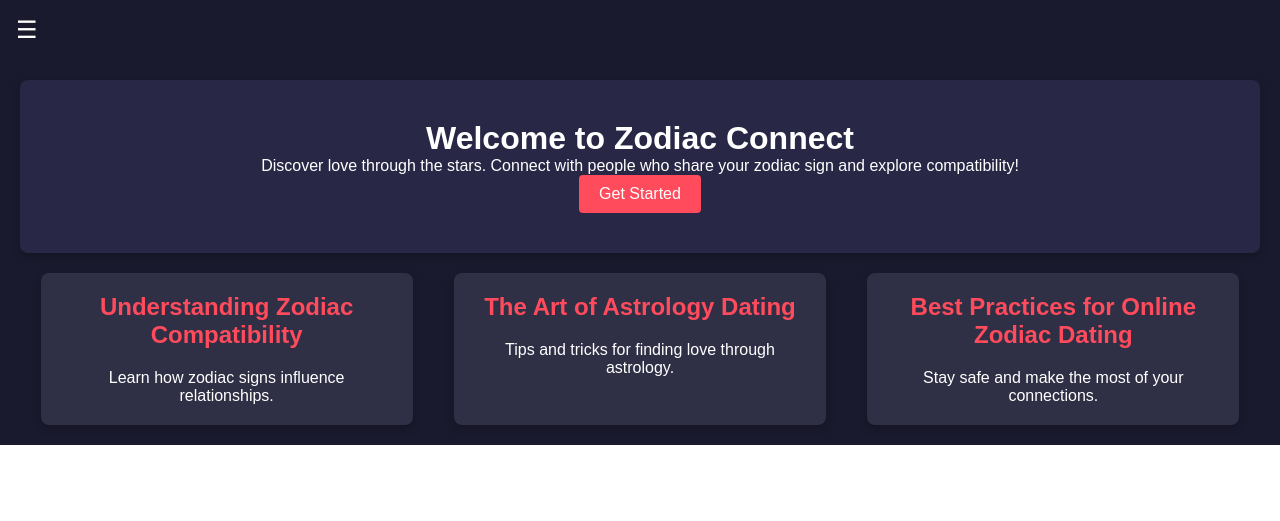
Repository: prachi-d-2/zodiac
Page: / (app in client/)
The author's editor kept a copy of each file at every save. The page is drawn from the files as they stood at one save, then again after the next save.
The browser window is 1280 px wide. The pictures show the whole page.
The project was rebuilt for these pictures with package versions that can differ from the ones it lists, and the page was loaded fresh each time. Also part of the build but not shown: client/src/services/authService.js, client/src/components/LoginRegister.css, client/src/components/LoginRegister.js, client/src/components/Forum.js, client/src/components/Profile.css, client/src/components/Profile.js, client/src/components/Horoscope.js, client/src/components/Connect.css and 2 more.

Above is the page before, as saved 2024-11-28 04:09:48.

### client/src/index.js
import React from 'react';
import App from './App'; // your main React component
import './index.css';
import './theme.css'; // Importing the global theme styles
import ReactDOM from 'react-dom/client';

const root = ReactDOM.createRoot(document.getElementById('root'));
root.render(<App />);

### client/src/App.js
import React, { useState } from 'react';
import { BrowserRouter as Router, Route, Routes } from 'react-router-dom';
import Navbar from './components/Navbar';
import Home from './components/Home';
import LoginRegister from './components/LoginRegister';
import Forum from './components/Forum';
import Profile from './components/Profile';
import Horoscope from './components/Horoscope';
import Connections from './components/Connect';
import ArticlePage from './components/ArticlePage';

function App() {
  const [isLoggedIn, setIsLoggedIn] = useState(false);

  return (
    <Router>
      <Navbar isLoggedIn={isLoggedIn} />
      <div className="App">
        <Routes>
          <Route path="/" element={<Home />} />
          <Route path="/loginregister" element={<LoginRegister setIsLoggedIn={setIsLoggedIn} />} />
          <Route path="/forum" element={<Forum />} />
          <Route path="/profile" element={<Profile />} />
          <Route path="/horoscope" element={<Horoscope />} />
          {isLoggedIn && <Route path="/connect" element={<Connections />} />}
          <Route path="/article" element={<ArticlePage />} />
        </Routes>
      </div>
    </Router>
  );
}

export default App;

### client/src/theme.css
:root {
    --primary-color: #1a1a2e;
    --secondary-color: #16213e;
    --accent-color: #0f3460;
    --text-color: #e94560;
    --background-color: #ffffff;
  }

  body {
    margin: 0;
    font-family: Arial, sans-serif;
    background-color: var(--background-color);
    color: var(--text-color);
  }

  .navbar {
    background-color: var(--primary-color);
    padding: 1rem;
  }

  .navbar a {
    color: var(--text-color);
    text-decoration: none;
    margin: 0 1rem;
  }

  .navbar a:hover {
    color: var(--accent-color);
  }

  .profile-container {
    padding: 2rem;
  }

  .profile-header {
    font-size: 2rem;
    color: var(--primary-color);
  }

  .profile-section {
    margin-top: 1rem;
  }

  .profile-section label {
    font-weight: bold;
    color: var(--secondary-color);
  }

  .profile-section input, .profile-section textarea {
    display: block;
    margin-top: 0.5rem;
    padding: 0.5rem;
    width: 100%;
    max-width: 400px;
    border: 1px solid var(--secondary-color);
    border-radius: 4px;
  }

  .edit-profile-button {
    margin-top: 1rem;
    padding: 0.5rem 1rem;
    background-color: var(--accent-color);
    color: var(--background-color);
    border: none;
    border-radius: 4px;
    cursor: pointer;
  }

  .edit-profile-button:hover {
    background-color: var(--text-color);
  }

### client/src/components/Navbar.js

import React, { useState } from 'react';
import { Link, useNavigate } from 'react-router-dom';
import './Navbar.css';

function Navbar({ isLoggedIn, setIsLoggedIn }) {
  const [isOpen, setIsOpen] = useState(false);
  const navigate = useNavigate();

  const toggleMenu = () => setIsOpen(!isOpen);

  const handleLogout = () => {
    localStorage.removeItem('token'); // Clear the token
    setIsLoggedIn(false);
    navigate('/'); // Redirect to homepage or login page
  };

  return (
    <nav className="navbar">
      <button onClick={toggleMenu} className="menu-button">
        ☰
      </button>
      <ul className={`nav-links ${isOpen ? 'show' : ''}`}>
        <li><Link to="/">Home</Link></li>
        <li><Link to="/loginregister">Login/Register</Link></li>
        <li><Link to="/forum">Forum</Link></li>
        <li><Link to="/horoscope">Today's Horoscope</Link></li>
        {isLoggedIn && (
          <>
            <li><Link to="/profile">Profile</Link></li>
            <li><Link to="/connect">Connect</Link></li>
            <li><span onClick={handleLogout} className="logout-link">Log out</span></li>
            <li><span className="logged-in-indicator">Logged in</span></li>
          </>
        )}
      </ul>
    </nav>
  );
}

export default Navbar;

### client/src/components/Home.js
import React from 'react';
import './Home.css';

function Home() {
  return (
    <div className="home-container">
      <div className="welcome-banner">
        <h1>Welcome to Zodiac Connect</h1>
        <p>Discover love through the stars. Connect with people who share your zodiac sign and explore compatibility!</p>
        <button className="get-started-button">Get Started</button>
      </div>
      <div className="content-section">
        <div className="content-card">
          <h2>Understanding Zodiac Compatibility</h2>
          <p>Learn how zodiac signs influence relationships.</p>
        </div>
        <div className="content-card">
          <h2>The Art of Astrology Dating</h2>
          <p>Tips and tricks for finding love through astrology.</p>
        </div>
        <div className="content-card">
          <h2>Best Practices for Online Zodiac Dating</h2>
          <p>Stay safe and make the most of your connections.</p>
        </div>
      </div>
    </div>
  );
}

export default Home;

### client/src/components/Navbar.css
.navbar {
    background-color: #1a1a2e;
    color: #ffffff;
    padding: 10px;
  }

  .menu-button {
    background: none;
    border: none;
    color: #ffffff;
    font-size: 24px;
  }

  .nav-links {
    display: none;
    list-style-type: none;
    padding: 0;
  }

  .nav-links.show {
    display: block;
  }

  .nav-links li {
    margin: 10px 0;
  }

  .nav-links a {
    color: #ffffff;
    text-decoration: none;
  }

  /* client/src/components/Navbar.css */
.logged-in-indicator {
  color: #4caf50; /* Green color for 'Logged in' */
  margin-left: 10px;
}

.logout-link {
  color: red;
  cursor: pointer;
  margin-left: 10px;
}

### client/src/components/Home.css
.home-container {
    background-color: #1a1a2e;
    color: #ffffff;
    text-align: center;
    padding: 20px;
    font-family: Arial, sans-serif;
  }

  .welcome-banner {
    background-color: #282846;
    padding: 40px;
    border-radius: 8px;
    margin-bottom: 20px;
    box-shadow: 0px 4px 8px rgba(0, 0, 0, 0.2);
  }

  .get-started-button {
    background-color: #ff4b5c;
    color: #ffffff;
    border: none;
    padding: 10px 20px;
    font-size: 16px;
    border-radius: 4px;
    cursor: pointer;
  }

  .get-started-button:hover {
    background-color: #ff6b7a;
  }

  .content-section {
    display: flex;
    justify-content: space-around;
    margin-top: 20px;
  }

  .content-card {
    background-color: #2f2f46;
    padding: 20px;
    border-radius: 8px;
    width: 30%;
    box-shadow: 0px 4px 8px rgba(0, 0, 0, 0.2);
  }

  .content-card h2 {
    color: #ff4b5c;
  }

### client/src/components/Forum.css
/* Forum.css */
* {
  margin: 0;
  padding: 0;
  box-sizing: border-box;
}

body, html {
  width: 100%;
  height: 100%;
  background-color: #1a1a2e;
  color: #ffffff;
  font-family: Arial, sans-serif;
  overflow-x: hidden;
}

.forum-container {
  width: 100%;
  height: 100%;
  padding: 20px;
  border-radius: 0;  /* Remove rounded corners */
}

h2 {
  text-align: center;
  color: #ff4b5c;
  margin-bottom: 20px;
}

.post-form {
  display: flex;
  flex-direction: column;
  gap: 10px;
  margin-bottom: 20px;
}

.post-form input,
.post-form textarea {
  width: 100%;
  padding: 10px;
  border-radius: 5px;
  border: 1px solid #3c3c4e;
  background-color: #282846;
  color: #ffffff;
  outline: none;
}

.post-form button {
  background-color: #ff4b5c;
  color: #ffffff;
  border: none;
  cursor: pointer;
  padding: 10px;
  width: 100%;
  font-size: 1rem;
  border-radius: 5px;
  transition: background-color 0.3s ease;
}

.post-form button:hover {
  background-color: #ff6f7b;
}

.error-message {
  color: #ff4b5c;
  text-align: center;
  margin-bottom: 10px;
}

.posts {
  margin-top: 20px;
}

.post {
  background-color: #282846;
  padding: 15px;
  margin-top: 15px;
  border-radius: 5px;
  transition: background-color 0.3s;
  cursor: pointer;
}

.post:hover {
  background-color: #3c3c4e;
}

.post h3 {
  color: #ff4b5c;
  font-size: 1.2rem;
  margin: 0 0 10px;
}

.post p {
  color: #b3b3cc;
  font-size: 1rem;
  line-height: 1.5;
  white-space: nowrap;
  overflow: hidden;
  text-overflow: ellipsis;
  max-width: 100%;
}

.post-actions {
  display: flex;
  justify-content: space-between;
  margin-top: 10px;
}

.post-actions span {
  color: #ff4b5c;
  cursor: pointer;
  font-size: 0.9rem;
  display: inline-flex;
  align-items: center;
  gap: 5px;
  transition: color 0.3s;
}

.post-actions span:hover {
  color: #ff6f7b;
}

/* Mobile Responsive */
@media (max-width: 600px) {
  .forum-container {
    padding: 15px;
  }

  .post-form button {
    font-size: 0.9rem;
  }

  .post h3 {
    font-size: 1rem;
  }

  .post p {
    font-size: 0.9rem;
  }
}

Loaded but not shown: client/public/index.html (common file); client/src/index.css (common file)

After the next save:
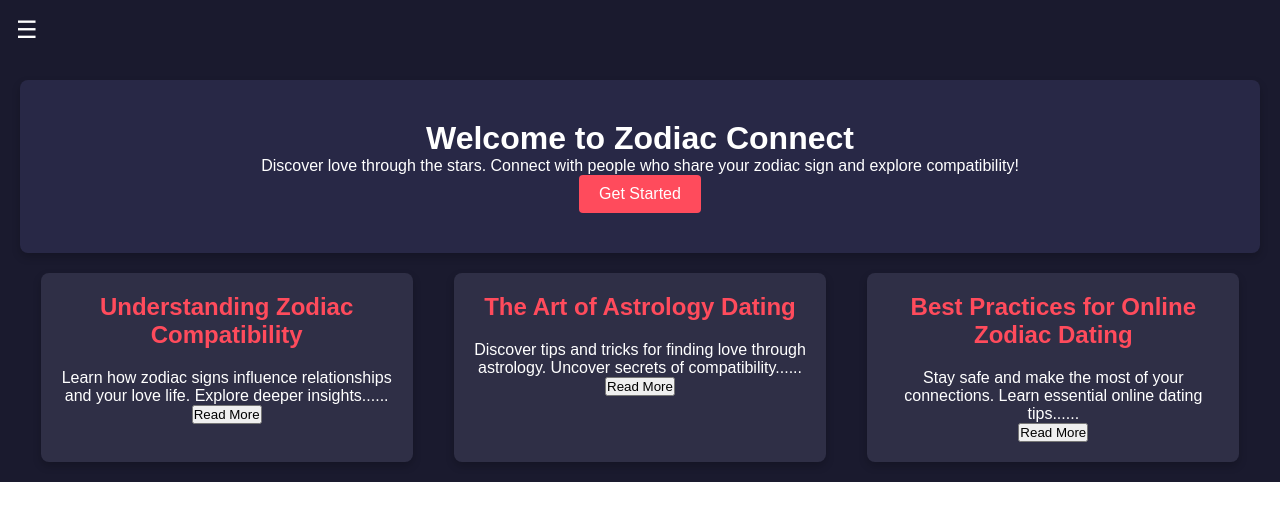
Saved 79 s later.
--- a/client/src/components/Home.js
+++ b/client/src/components/Home.js
@@ -1,7 +1,41 @@
-import React from 'react';
+import React, { useEffect, useState } from 'react';
+import { useNavigate } from 'react-router-dom';
 import './Home.css';
 
 function Home() {
+  const [articles, setArticles] = useState([]);
+  const navigate = useNavigate();
+
+  useEffect(() => {
+    // Simulate fetching articles. Replace with your API call or data fetching logic.
+    const fetchArticles = async () => {
+      const mockArticles = [
+        {
+          id: 1,
+          title: 'Understanding Zodiac Compatibility',
+          content: '<p>Learn how zodiac signs influence relationships and your love life. Explore deeper insights...</p>',
+        },
+        {
+          id: 2,
+          title: 'The Art of Astrology Dating',
+          content: '<p>Discover tips and tricks for finding love through astrology. Uncover secrets of compatibility...</p>',
+        },
+        {
+          id: 3,
+          title: 'Best Practices for Online Zodiac Dating',
+          content: '<p>Stay safe and make the most of your connections. Learn essential online dating tips...</p>',
+        },
+      ];
+      setArticles(mockArticles);
+    };
+
+    fetchArticles();
+  }, []);
+
+  const handleReadMore = (article) => {
+    navigate(`/article/${article.id}`, { state: article });
+  };
+
   return (
     <div className="home-container">
       <div className="welcome-banner">
@@ -10,18 +44,18 @@ function Home() {
         <button className="get-started-button">Get Started</button>
       </div>
       <div className="content-section">
-        <div className="content-card">
-          <h2>Understanding Zodiac Compatibility</h2>
-          <p>Learn how zodiac signs influence relationships.</p>
-        </div>
-        <div className="content-card">
-          <h2>The Art of Astrology Dating</h2>
-          <p>Tips and tricks for finding love through astrology.</p>
-        </div>
-        <div className="content-card">
-          <h2>Best Practices for Online Zodiac Dating</h2>
-          <p>Stay safe and make the most of your connections.</p>
-        </div>
+        {articles.map((article) => (
+          <div key={article.id} className="content-card">
+            <h2>{article.title}</h2>
+            <p>{article.content.replace(/<[^>]+>/g, '').slice(0, 100)}...</p>
+            <button
+              className="read-more-button"
+              onClick={() => handleReadMore(article)}
+            >
+              Read More
+            </button>
+          </div>
+        ))}
       </div>
     </div>
   );
